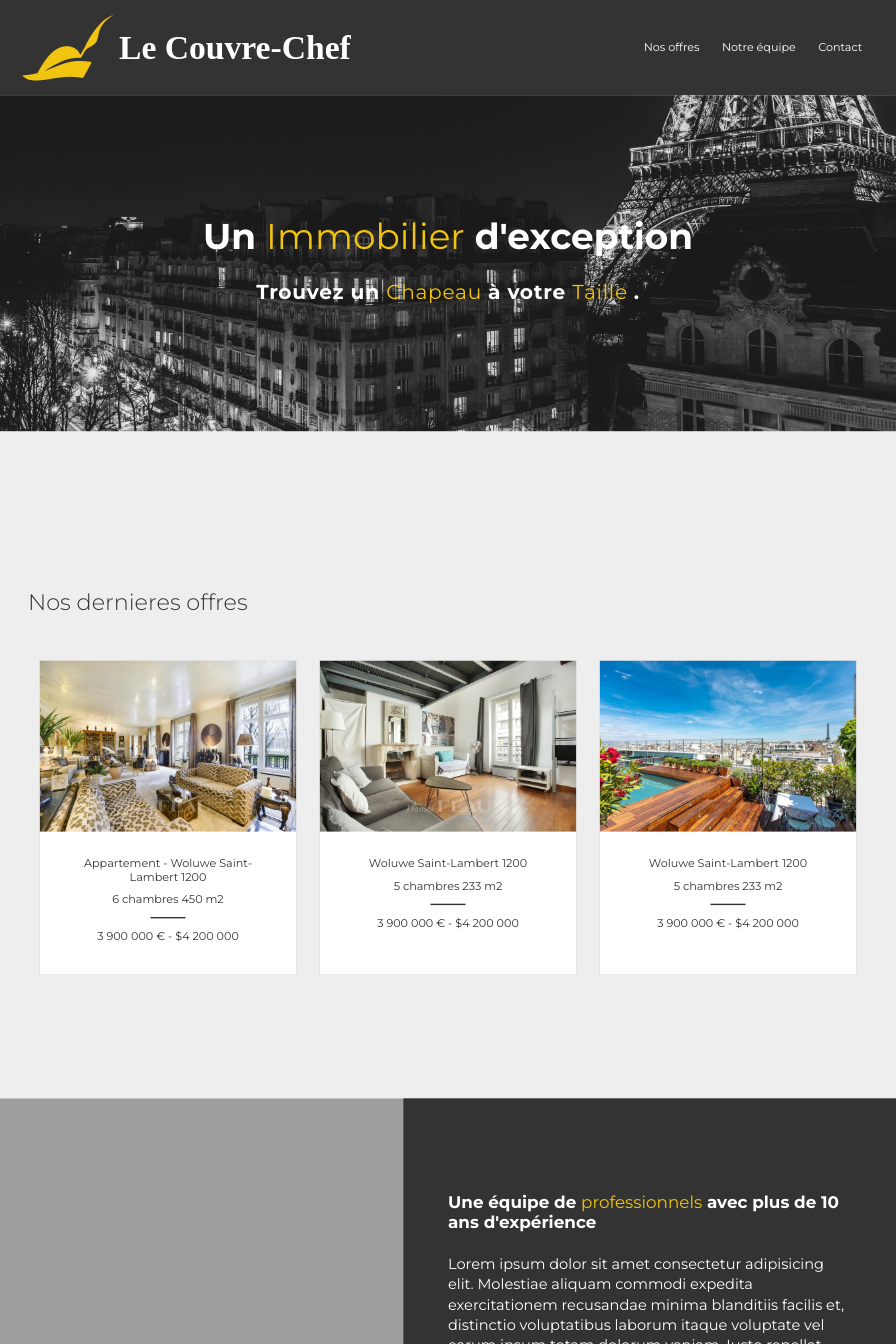
Repository: Hiliyeh/immo
Page: index.html
The author's editor kept a copy of each file at every save. The page is drawn from the files as they stood at one save, then again after the next save.
The browser window is 1280 px wide. The pictures show the part of the page from y = 0 to 1920 px (the page is 4139 px tall before and 4459 px after), at 70% of full size.
Pictures or frames that could not be fetched are drawn as grey boxes. Some web fonts or font styles are not loaded; a fallback is used. Some web libraries are served in a nearby version.

Above is the page before, as saved 2020-05-06 15:35:36.

After the next save:
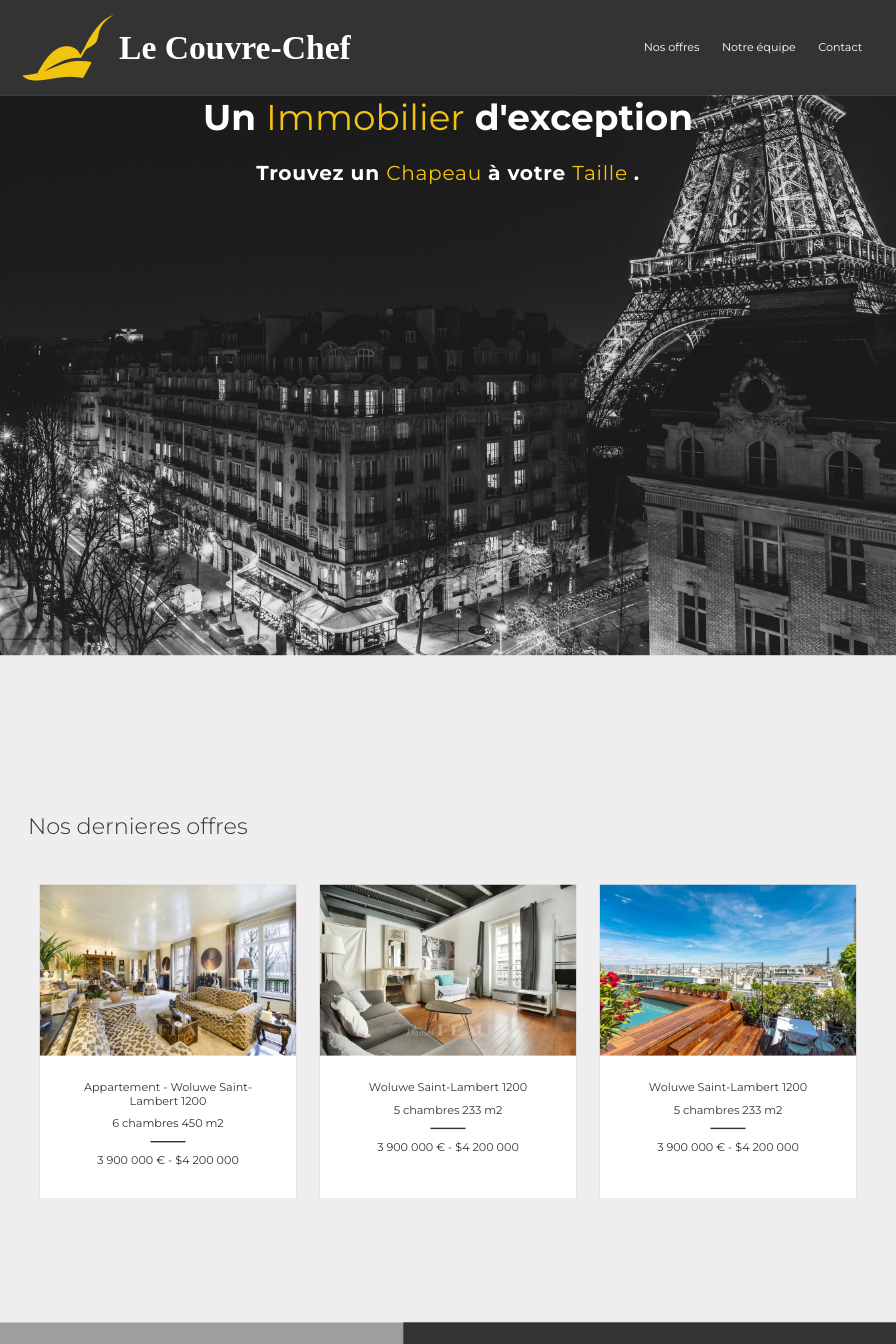
Saved 22 s later.
--- a/css/style.CSS
+++ b/css/style.CSS
@@ -100,7 +100,7 @@
 
 .vp-content {
   max-width: 800px;
-  max-height: 800px;
+  min-height: 800px;
   text-align: center;
   color: white;
 }

After the save that followed:
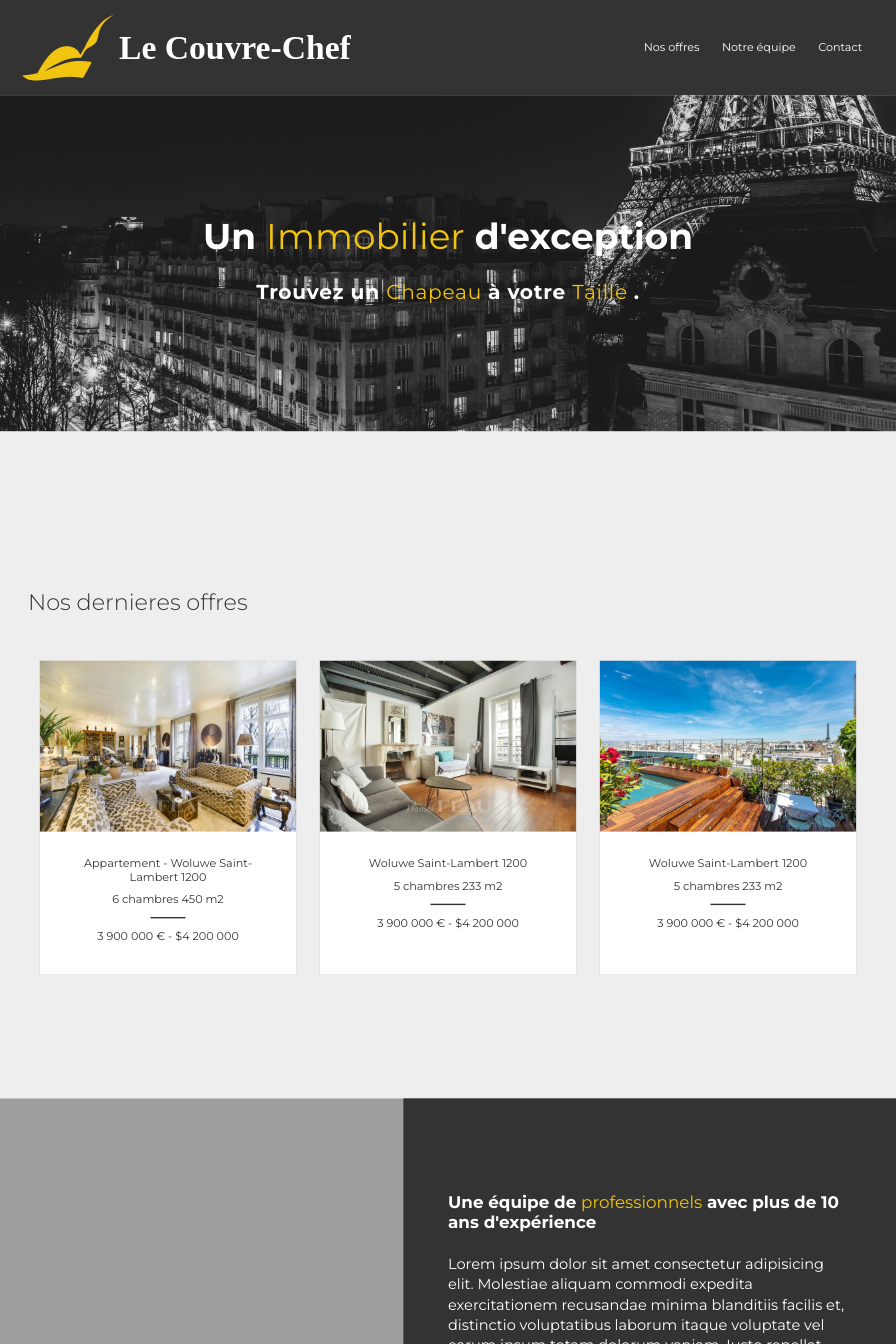
Saved 22 s later.
--- a/css/style.CSS
+++ b/css/style.CSS
@@ -100,7 +100,6 @@
 
 .vp-content {
   max-width: 800px;
-  min-height: 800px;
   text-align: center;
   color: white;
 }
